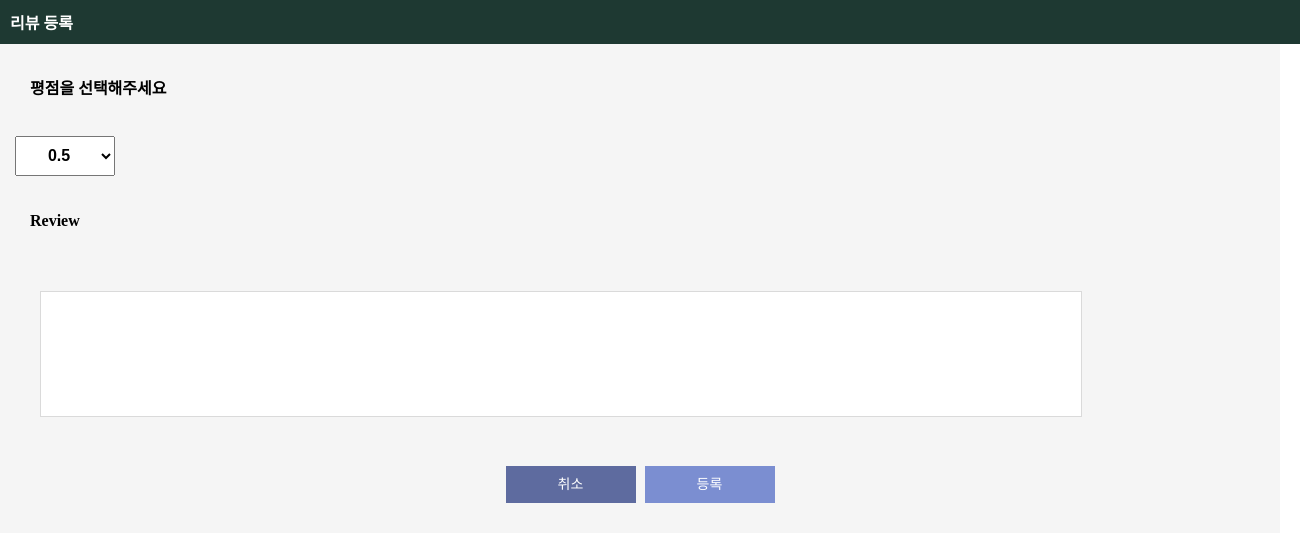
Repository: KimYoungHwans/Yproject
Page: http://localhost/Yproject/WEB-INF/views/replyEnroll.jsp
The author's editor kept a copy of each file at every save. The page is drawn from the files as they stood at one save, then again after the next save.
The browser window is 1280 px wide. The page is 1300 px wide, so the pictures cover 1300 px, including what lies to the right of the window. The pictures show the whole page.
The page is served by Tomcat 9. Nobody is signed in. The template is opened directly, without the code that normally fills it, so the values that code supplies are empty.

Above is the page before, as saved 2023-01-18 07:15:11.

After the next save:
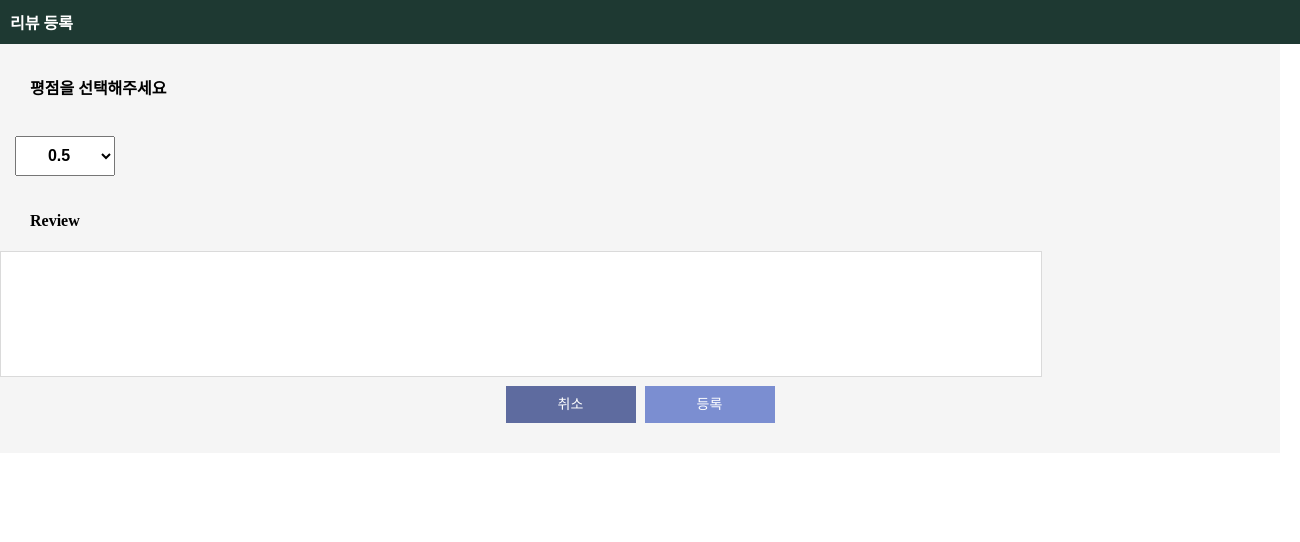
Saved 11 s later.
--- a/workspace/Yproject/src/main/webapp/WEB-INF/views/replyEnroll.jsp
+++ b/workspace/Yproject/src/main/webapp/WEB-INF/views/replyEnroll.jsp
@@ -96,7 +96,7 @@
 	    font-size: 15px;
 	    color: #a9a9a9;
 	    resize: none;
-	   margin: 40px;
+	   text-align: center;
 
   	}
 
